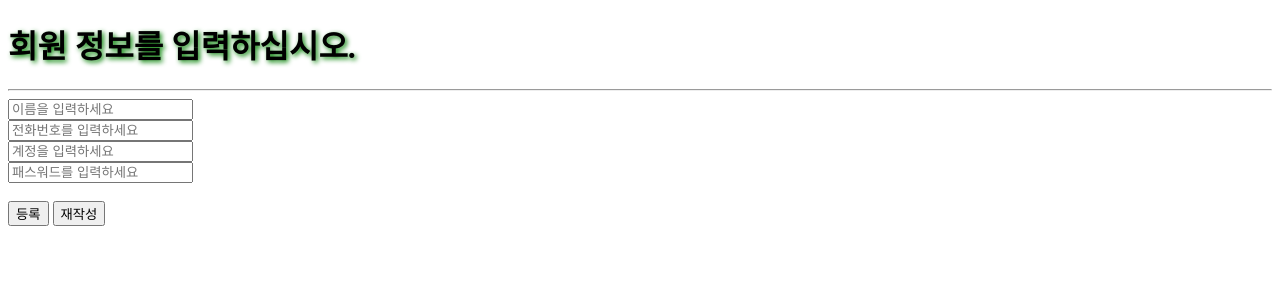
Repository: jhsnex123/web_study
Page: edu/src/main/webapp/cssexam/csslab2.html
An editor plug-in stored every save of this project. The page is shown before and after the next save, followed by the edit.
The browser window is 1280 px wide. The pictures show the whole page.

Above is the page before, as saved 2024-09-19 04:21:21.

### edu/src/main/webapp/cssexam/csslab2.html
<!DOCTYPE html>
<html>
<head>
<meta charset="UTF-8">
<title>Insert title here</title>
<style>

h1{
text-shadow : 2px 2px 5px green;
}

div{
    box-sizing: border-box;
	border-radius : 30px;
}

</style>
</head>
<body>
<div>
		<form action="...." method="get">
			<h1>회원 정보를 입력하십시오.</h1>
			<hr>
			<input name=name placeholder="이름을 입력하세요" required><br>
			<input name=name placeholder="전화번호를 입력하세요" required><br>
			<input name=name placeholder="계정을 입력하세요" required><br>
			<input name=name placeholder="패스워드를 입력하세요" required><br>
			<br>
			<input type="submit" value="등록">
			<input type="reset" value="재작성">
		</form>
</div>
</body>
</html>

After the next save:
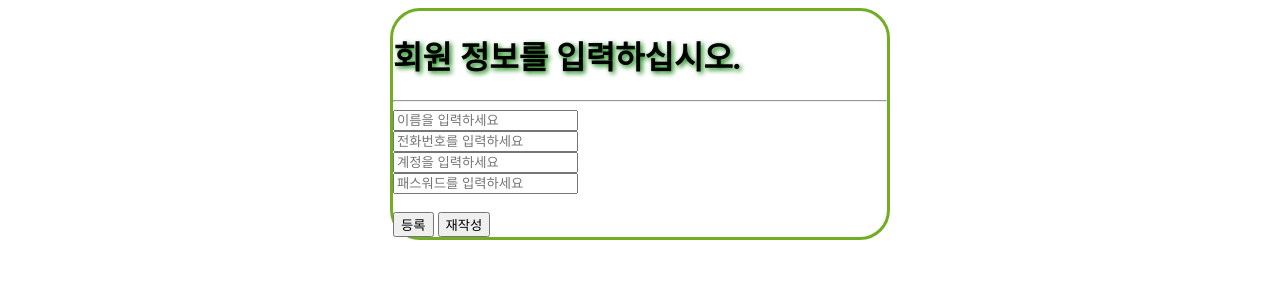
Saved 4 min 19 s later.
--- a/edu/src/main/webapp/cssexam/csslab2.html
+++ b/edu/src/main/webapp/cssexam/csslab2.html
@@ -12,6 +12,9 @@
 div{
     box-sizing: border-box;
 	border-radius : 30px;
+	width: 500px;
+    margin: auto;
+    border: 3px solid #73AD21;
 }
 
 </style>

After the save that followed:
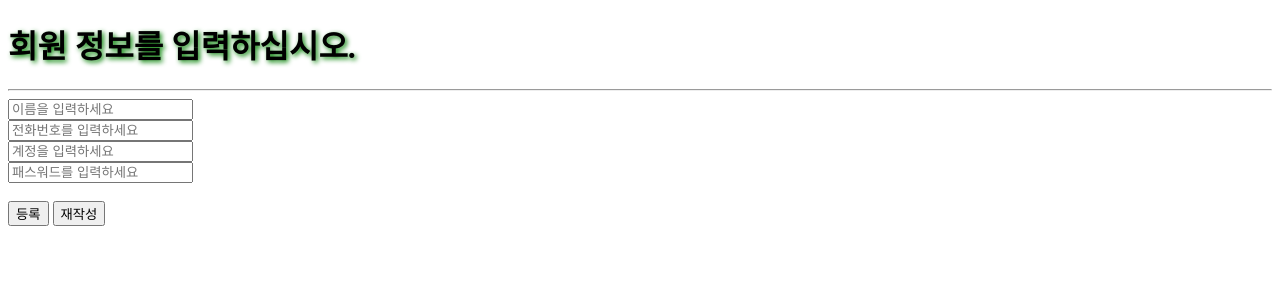
Saved 2 min 33 s later.
--- a/edu/src/main/webapp/cssexam/csslab2.html
+++ b/edu/src/main/webapp/cssexam/csslab2.html
@@ -12,9 +12,7 @@
 div{
     box-sizing: border-box;
 	border-radius : 30px;
-	width: 500px;
-    margin: auto;
-    border: 3px solid #73AD21;
+
 }
 
 </style>
